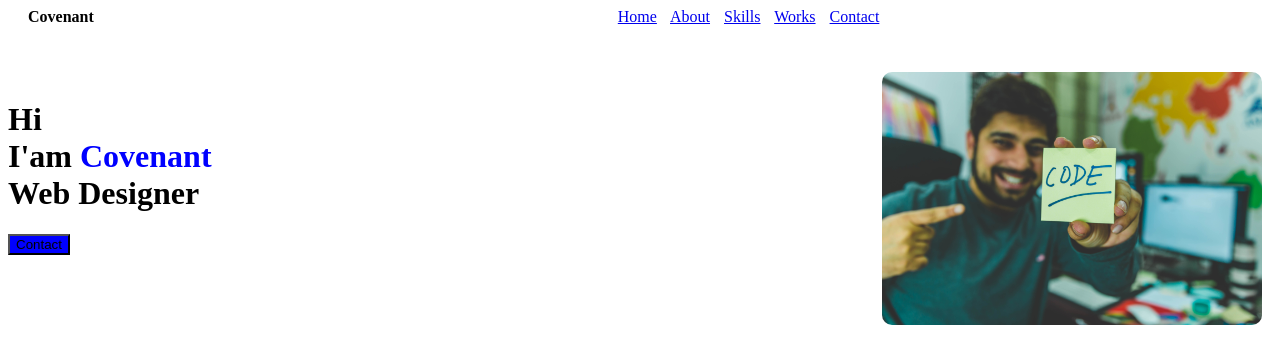
Repository: Tobby004/bdc-assignment-1
Page: index.html
These files come from the project's save history. The page is drawn as it stood at one moment and after the next save; the edit follows.
The browser window is 1280 px wide. The pictures show the whole page.

Above is the page before, as saved 2023-02-09 09:04:52.

After the next save:
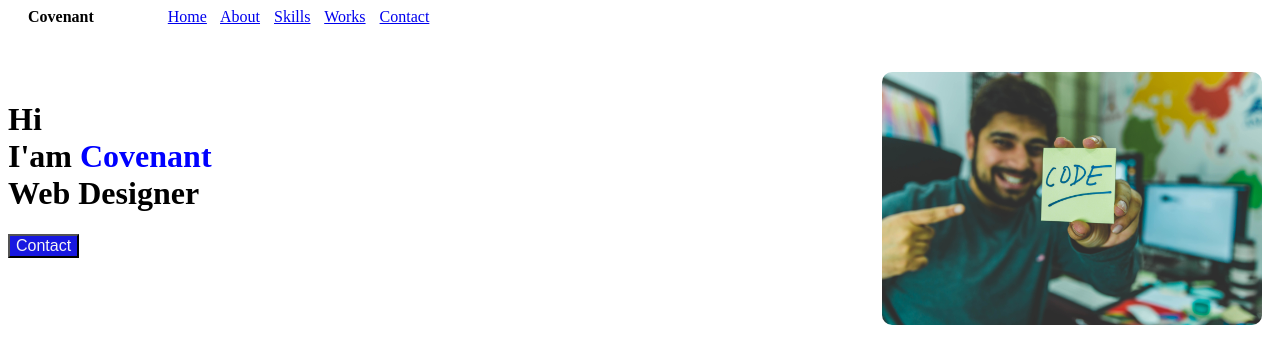
Saved 3 min 55 s later.
--- a/task.css
+++ b/task.css
@@ -1,10 +1,13 @@
 * {
     box-sizing: border-box;
 }
+header{
+    max-width: 500%;
+}
 header b {
 padding: 20px;
-margin-right: 500px;
-max-width: 500%;
+margin-right: 50px;
+max-width: 50%;
 }
 header a {
     margin-inline-end: 10px;
@@ -20,5 +23,8 @@ h1 b {
     color: blue;
 }
 button {
-    background-color: blue;
+    background-color: rgb(23, 23, 224);
+    font-size: medium;
+    display: block;
+    color: whitesmoke;
 }
